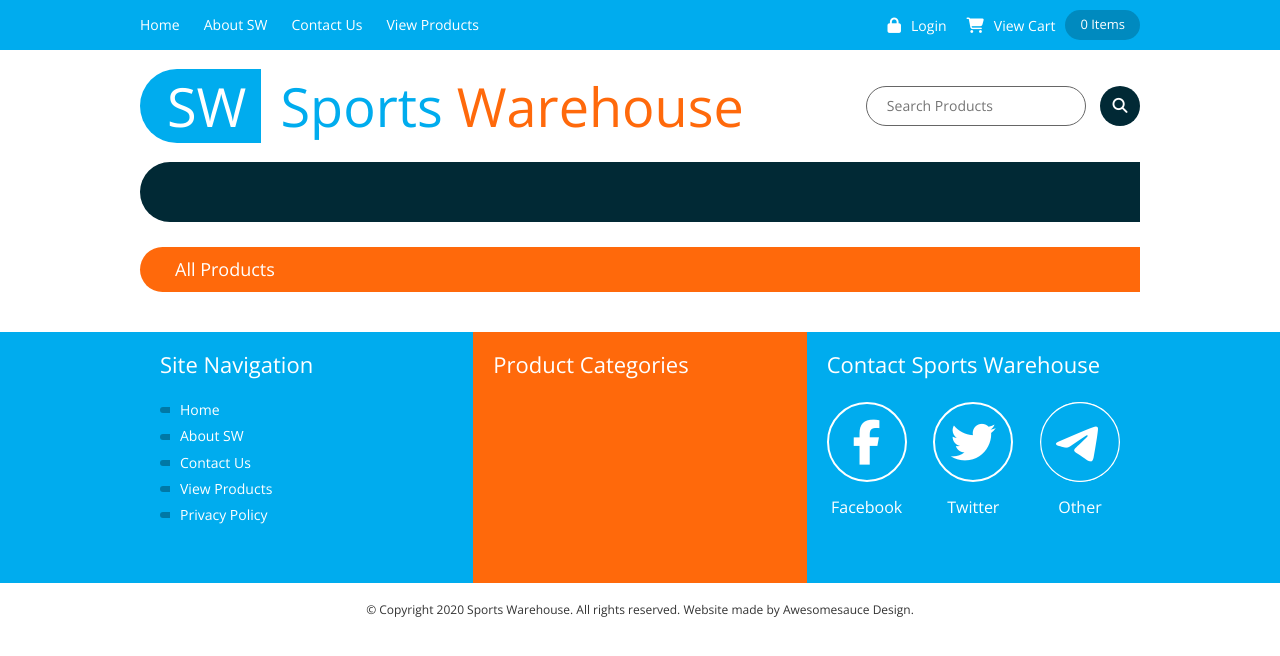
Repository: TonyHoukun-2022/sportswarehouse-php
Page: http://localhost/viewProducts.php
An editor plug-in stored every save of this project. The page is shown before and after the next save, followed by the edit.
The browser window is 1280 px wide. The pictures show the whole page.
Some web libraries are served in a nearby version. The page is run by PHP 8.4 with error messages shown; the project is at /var/www/html/. Queries for data that is not in the repository find no rows.

Above is the page before, as saved 2021-11-07 22:15:34.

After the next save:
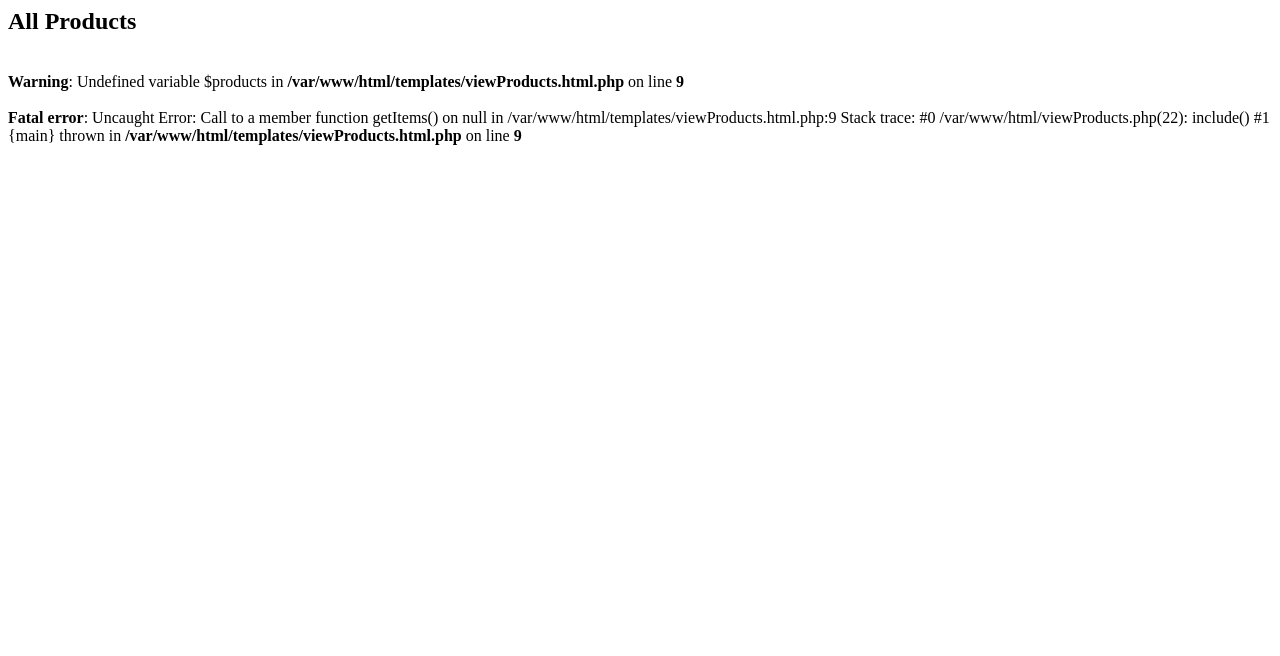
Saved 3 min 49 s later.
--- a/templates/viewProducts.html.php
+++ b/templates/viewProducts.html.php
@@ -5,7 +5,7 @@
 <main class="browse-category">
   <?php
     $title = "View Products";
-    $products = new Item();
+    // $products = new Item();
     $viewProducts = $products->getItems();
     ?>
     <ul class="category-items">

After the save that followed:
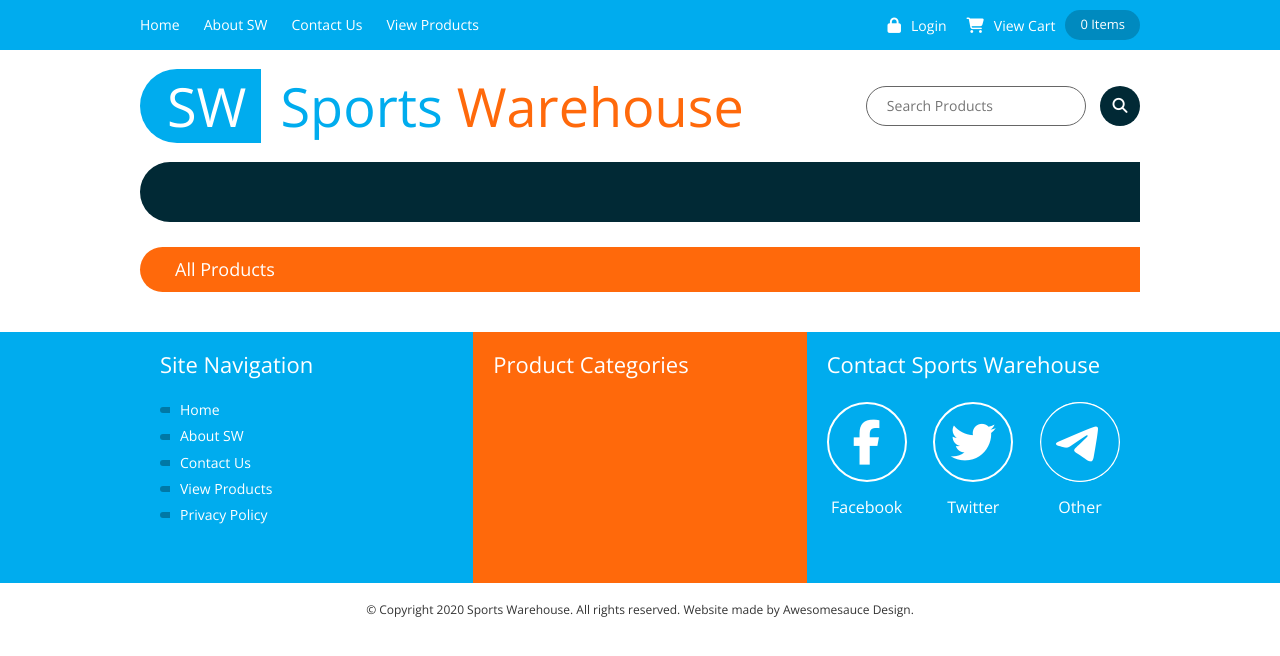
Saved 13 s later.
--- a/templates/viewProducts.html.php
+++ b/templates/viewProducts.html.php
@@ -5,7 +5,7 @@
 <main class="browse-category">
   <?php
     $title = "View Products";
-    // $products = new Item();
+    $products = new Item();
     $viewProducts = $products->getItems();
     ?>
     <ul class="category-items">
